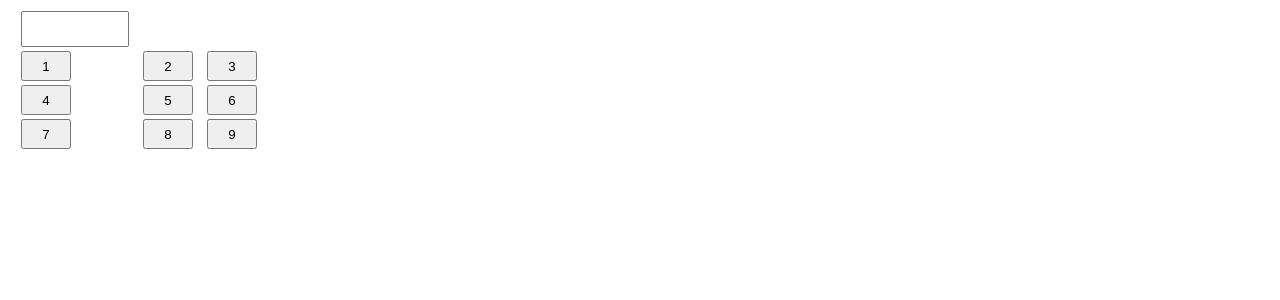
Repository: JungYOsup/Mini_project
Page: http://localhost/EsCape_Room/result_form.jsp
The author's editor kept a copy of each file at every save. The page is drawn from the files as they stood at one save, then again after the next save.
The browser window is 1280 px wide. The pictures show the whole page.
The page is served by Tomcat 9.

Above is the page before, as saved 2018-01-15 08:54:03.

After the next save:
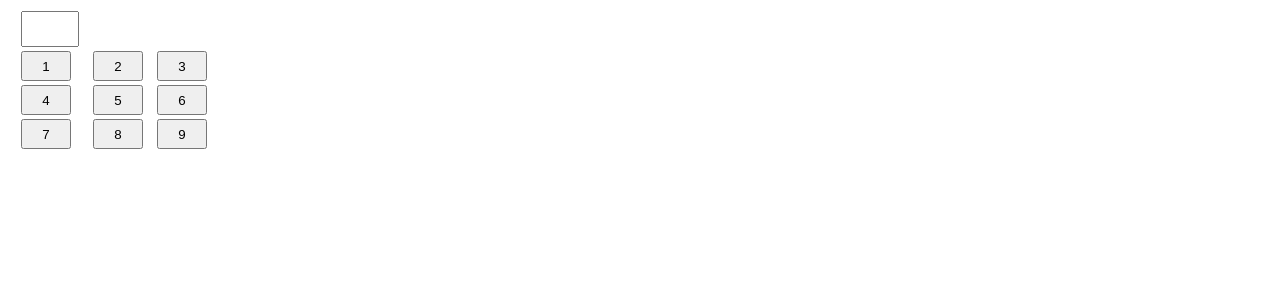
Saved 10 s later.
--- a/EsCape_Room/WebContent/result_form.jsp
+++ b/EsCape_Room/WebContent/result_form.jsp
@@ -17,9 +17,6 @@
 <head>
 <style type="text/css">
 
-.a{
-	width: 100px;
-}
 
 table input{
 
